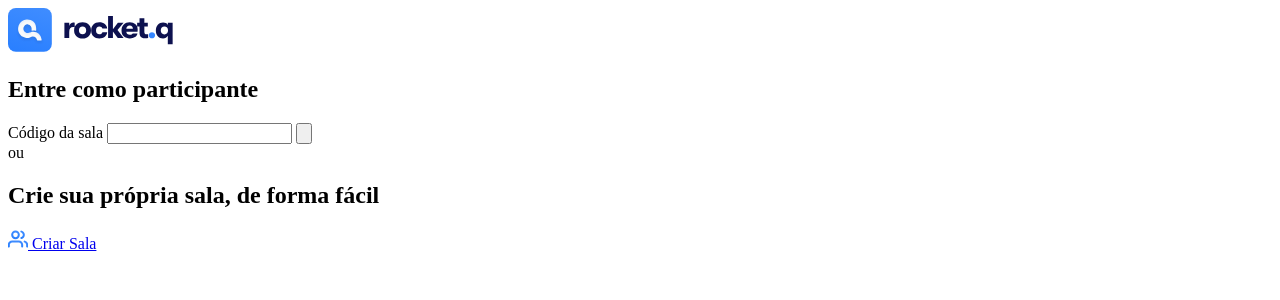
Repository: frnndlima/rocket.q
Page: home.html
An editor plug-in stored every save of this project. The page is shown before and after the next save, followed by the edit.
The browser window is 1280 px wide. The pictures show the whole page.

Above is the page before, as saved 2021-08-30 14:18:16.

After the next save:
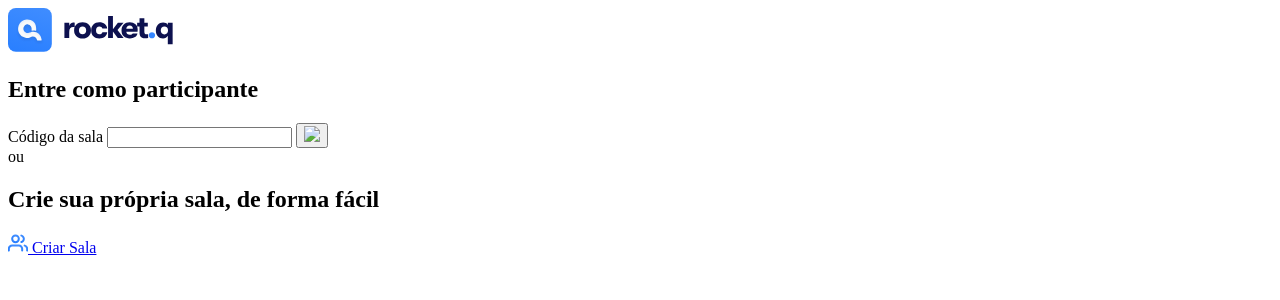
Not found: img
Saved 8 s later.
--- a/home.html
+++ b/home.html
@@ -15,7 +15,7 @@
             <label for="room-id" class="sr-only">Código da sala</label>
             <input type="text" id="room-id" />
             <button>
-              <img src=""
+              <img src="img"
               Entrar na Sala
             </button>
           </form>
